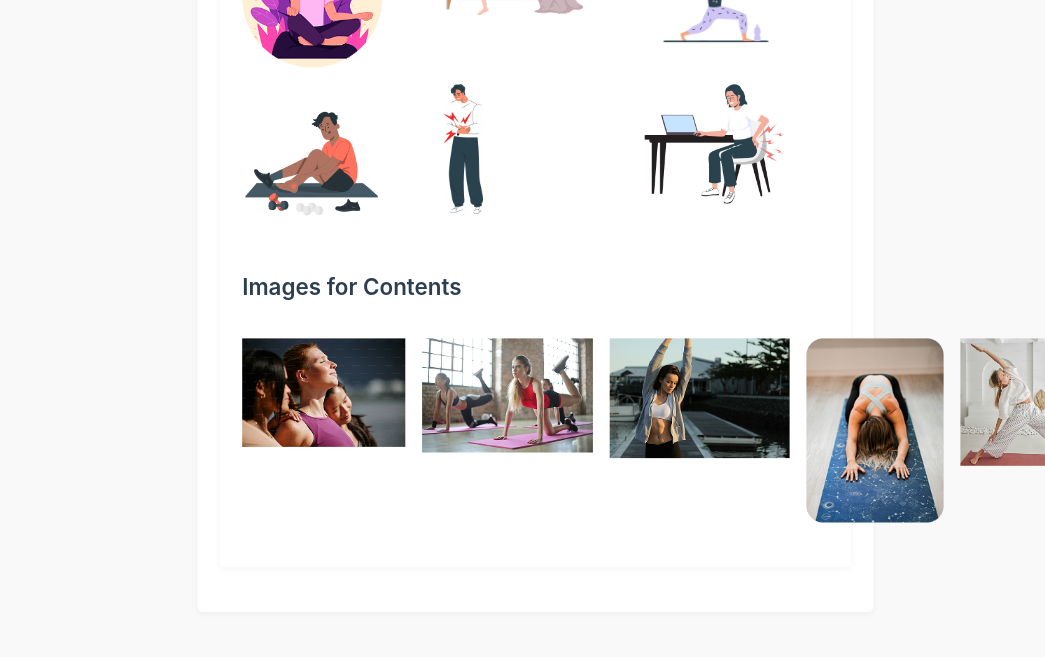
Repository: rosielee09/Heal_U
Page: graphics.html
The author's editor kept a copy of each file at every save. The page is drawn from the files as they stood at one save, then again after the next save.
The browser window is 1280 px wide. The page is 1493 px wide, then 1280 px, so the pictures cover 1493 px, including what lies to the right of the window. The pictures show the part of the page from y = 2948 to 4588 px (the page is 3887 px tall before and 4588 px after), at 70% of full size.

Above is the page before, as saved 2025-04-03 22:18:27.

After the next save:
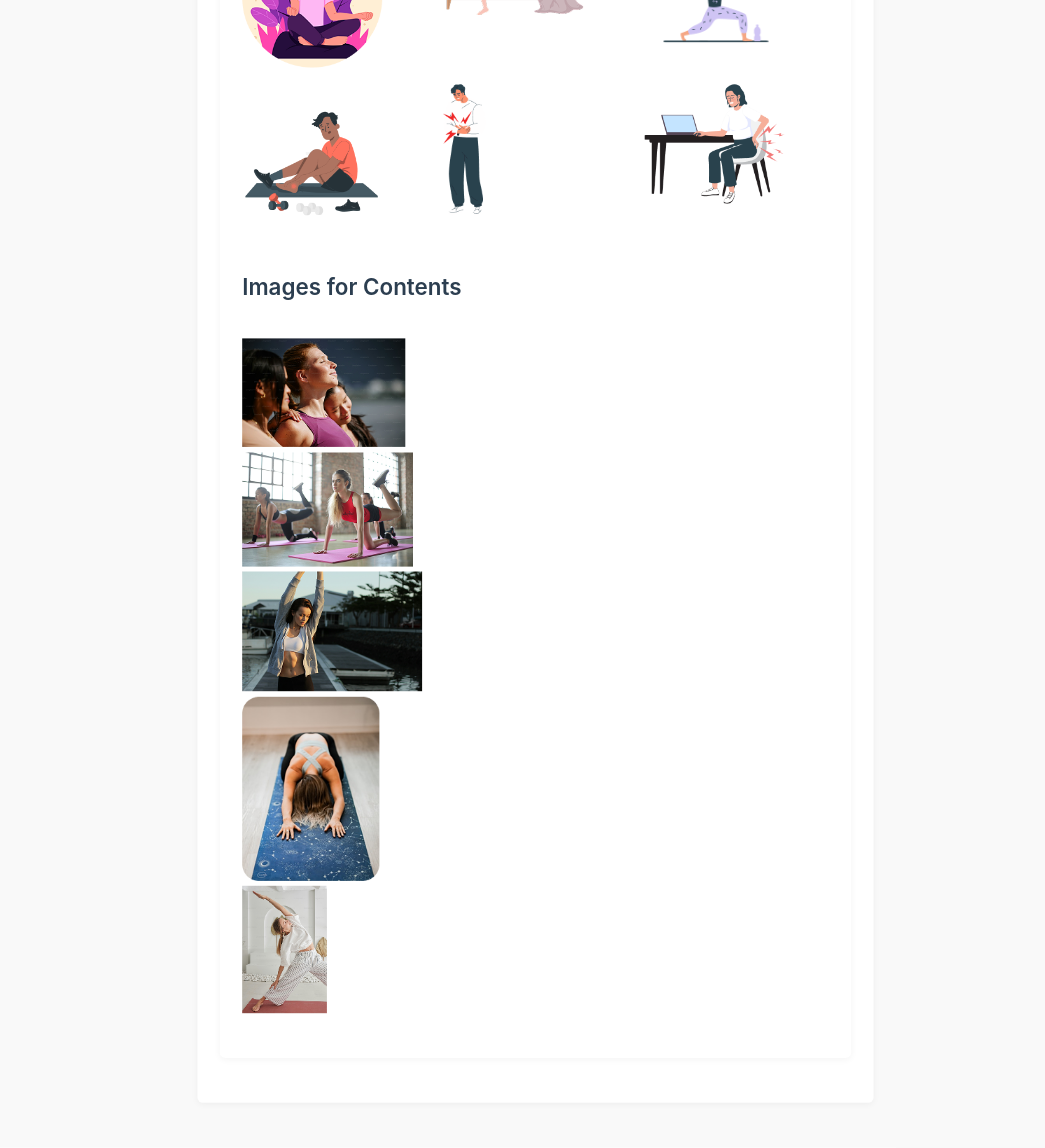
Saved 53 s later.
--- a/graphics.html
+++ b/graphics.html
@@ -213,7 +213,7 @@
         <section class="component-section">
             <h3 class="component-title">Images for Contents</h3>
 
-            <div class="graphic-grid__icons">
+            <div class="graphic-grid-images">
                 <div class="graphic-item">
                     <img class="graphic-icons" src="/img/Appovation - images for contents/unsplash_GbomLmruCM8.png " alt="pain_type_icon">
                 </div>
